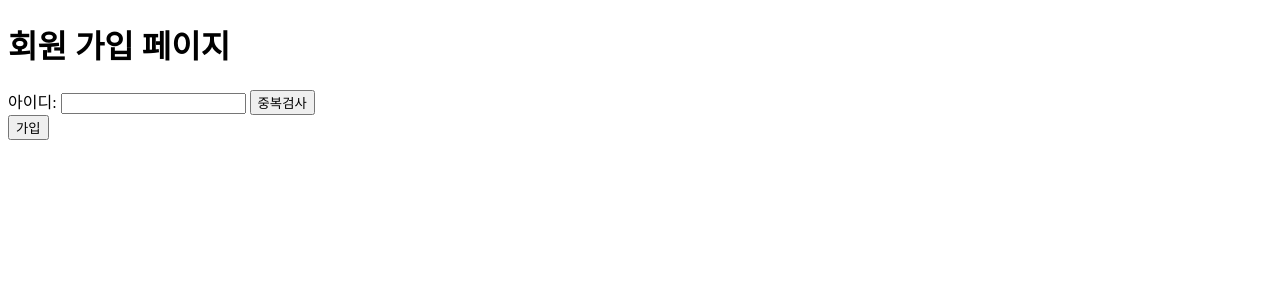
Repository: woneeseo/javastudy
Page: htmlStudy/workspace_html/HelloWorld/WebContent/d.html
The author's editor kept a copy of each file at every save. The page is drawn from the files as they stood at one save, then again after the next save.
The browser window is 1280 px wide. The pictures show the whole page.

Above is the page before, as saved 2020-12-04 07:05:06.

### htmlStudy/workspace_html/HelloWorld/WebContent/d.html
<!DOCTYPE html>
<html>
<head>
<meta charset="UTF-8">
<title>Insert title here</title>
</head>
<body>

<h1>회원 가입 페이지</h1>

<form action="a.html" method="post">

	<label for="id">아이디: </label>
	<input id = "id" name="id"> <button>중복검사</button>
	<!-- lable : 직접 input태그를 클릭하지 않아도 레이블 부분을 클릭하면 커서가 input창으로 감 -->
	<!-- id와 label을 묶어 줄 때에는 별도의 id를 만들어서 label태그에 for를 이용해 묶어준다. -->
	<br>
	<input type="submit" value="가입">

</form>

</body>
</html>

After the next save:
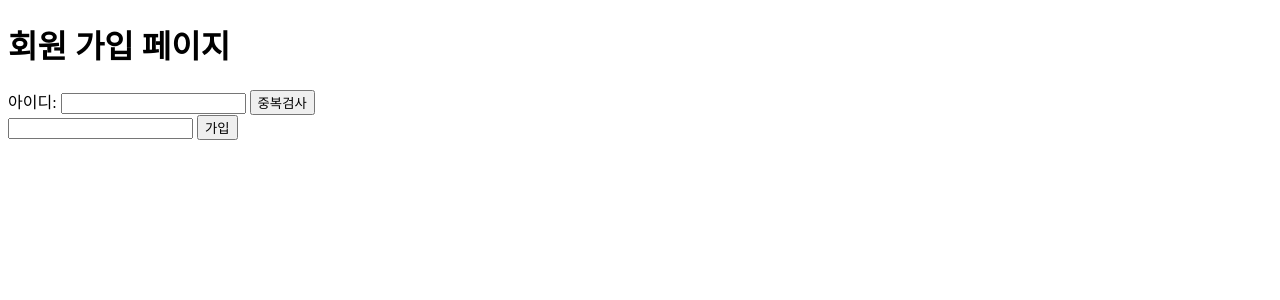
Saved 24 s later.
--- a/htmlStudy/workspace_html/HelloWorld/WebContent/d.html
+++ b/htmlStudy/workspace_html/HelloWorld/WebContent/d.html
@@ -15,6 +15,8 @@
 	<!-- lable : 직접 input태그를 클릭하지 않아도 레이블 부분을 클릭하면 커서가 input창으로 감 -->
 	<!-- id와 label을 묶어 줄 때에는 별도의 id를 만들어서 label태그에 for를 이용해 묶어준다. -->
 	<br>
+
+	<input type="password" name="pw">
 	<input type="submit" value="가입">
 
 </form>
